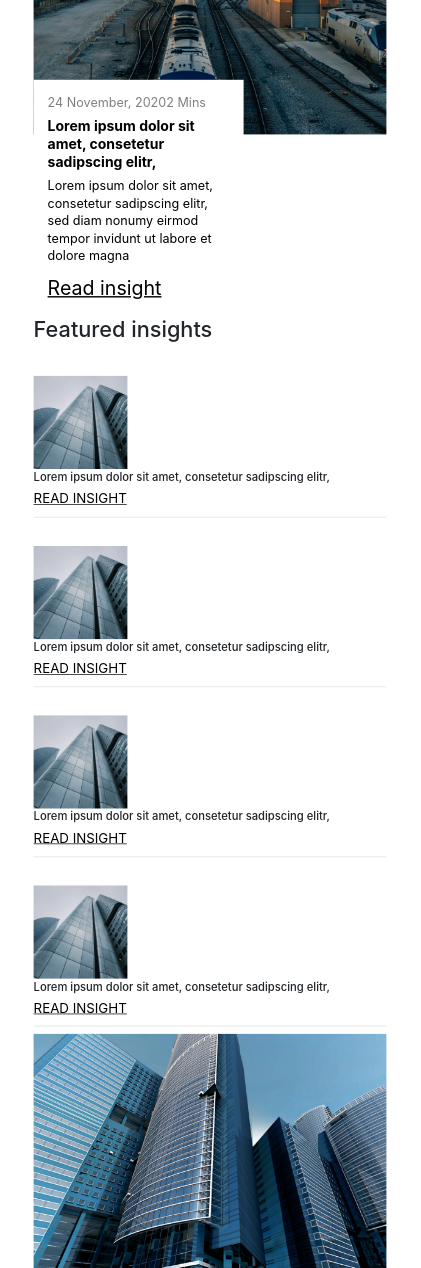
Repository: arif286/Business-webpage
Page: /
The author's editor kept a copy of each file at every save. The page is drawn from the files as they stood at one save, then again after the next save.
The browser window is 600 px wide. The page is 602 px wide, so the pictures cover 602 px, including what lies to the right of the window. The pictures show the part of the page from y = 4260 to 6500 px (the page is 6072 px tall before and 7541 px after), at 70% of full size.
The project was rebuilt for these pictures with package versions that can differ from the ones it lists, and the page was loaded fresh each time. Also part of the build but not shown: src/components/MainHeader/MainHeader.css, src/components/NotFound/NotFound.js.

Above is the page before, as saved 2021-05-27 17:03:51.

### src/App.js
import "bootstrap/dist/css/bootstrap.min.css";
import { BrowserRouter as Router, Route, Switch } from "react-router-dom";
import Home from "./components/Home/Home";
import NotFound from "./components/NotFound/NotFound";
function App() {
  return (
    <Router>
      <Switch>
        <Route path="/">
          <Home />
        </Route>
        <Route exact path="/">
          <Home />
        </Route>
        <Route path="*">
          <NotFound />
        </Route>
      </Switch>
    </Router>
  );
}

export default App;

### src/components/Home/Home.js
import React from 'react';
import Blog from '../Blog/Blog';
import Community from '../Community/Community';
import Featured from '../Featured/Featured';
import MainHeader from '../MainHeader/MainHeader';
import Testimonial from '../Testimonial/Testimonial';
import TopHeader from '../TopHeader/TopHeader';

const Home = () => {
    return (
        <>
            <TopHeader />
            <MainHeader />
            <Community />
            <Testimonial />
            <Blog />
            <Featured/>
        </>
    );
};

export default Home;

### src/components/Blog/Blog.js
import React from "react";
import { Col, Row } from "react-bootstrap";
import blogImage from '../../Images/event-1.png';
import "./Blog.css";

const Blog = () => {
  return (
    <div className="px-5 event-area">
      <h1 className='text-center mt-4 mb-4'>What's new</h1>
      <Row>
        <Col lg={4}>
          <div className="blog-wrap">
            <div className="blog-img">
              <img className="w-100 h-100" src={blogImage} alt="" />
              <a className="ig-btn" href="h">
                AUTOMATION
              </a>
            </div>
            <div className="event-content-wrap new-wrap">
              <div className="event-content-top-fx">
                <div className="single-top">
                  <p>
                    24 November, 2020
                    <span>2 Mins</span>
                  </p>
                </div>
                <div className="new-box-wrap">
                  <h4>
                    Lorem ipsum dolor sit amet, consetetur sadipscing elitr,
                  </h4>
                  <p>
                    Lorem ipsum dolor sit amet, consetetur sadipscing elitr, sed
                    diam nonumy eirmod tempor invidunt ut labore et dolore magna
                  </p>
                  <a href="http">
                    Read insight
                  </a>
                </div>
              </div>
            </div>
          </div>
        </Col>
        <Col lg={4}>
          <div className="blog-wrap">
            <div className="blog-img">
              <img className="w-100 h-100" src={blogImage} alt="" />
              <a href="h" className="ig-btn">
                AUTOMATION
              </a>
            </div>
            <div className="event-content-wrap new-wrap">
              <div className="event-content-top-fx">
                <div className="single-top">
                  <p>
                    24 November, 2020
                    <span>2 Mins</span>
                  </p>
                </div>
                <div className="new-box-wrap">
                  <h4>
                    Lorem ipsum dolor sit amet, consetetur sadipscing elitr,
                  </h4>
                  <p>
                    Lorem ipsum dolor sit amet, consetetur sadipscing elitr, sed
                    diam nonumy eirmod tempor invidunt ut labore et dolore magna
                  </p>
                  <a href="http">Read insight</a>
                </div>
              </div>
            </div>
          </div>
        </Col>
        <Col lg={4}>
          <div className="blog-wrap">
            <div className="blog-img">
              <img className="w-100 h-100" src={blogImage} alt="" />
              <a href="h" className="ig-btn">
                AUTOMATION
              </a>
            </div>
            <div className="event-content-wrap new-wrap">
              <div className="event-content-top-fx">
                <div className="single-top">
                  <p>
                    24 November, 2020
                    <span>2 Mins</span>
                  </p>
                </div>
                <div className="new-box-wrap">
                  <h4>
                    Lorem ipsum dolor sit amet, consetetur sadipscing elitr,
                  </h4>
                  <p>
                    Lorem ipsum dolor sit amet, consetetur sadipscing elitr, sed
                    diam nonumy eirmod tempor invidunt ut labore et dolore magna
                  </p>
                  <a href="http">Read insight</a>
                </div>
              </div>
            </div>
          </div>
        </Col>
      </Row>
    </div>
  );
};

export default Blog;

### src/components/Community/Community.js
import React from 'react';
import { Col, Row } from 'react-bootstrap';
import './Community.css';

const Community = () => {
    return (
      <div className='px-5'>
        <h2 className="engage-title">Engage with our community</h2>
        <Row>
          <Col md={12} lg={4} className="pb-4">
            <div className="engage-text engage-1">
              <p>Connect & Network with our community of thought leaders</p>
            </div>
          </Col>
          <Col md={12} lg={4} className="pb-4">
            <div className="engage-text engage-2">
              <p>Connect & Network with our community of thought leaders</p>
            </div>
          </Col>
          <Col md={12} lg={4} className="pb-4">
            <div className="engage-text engage-2">
              <p>Connect & Network with our community of thought leaders</p>
            </div>
          </Col>
        </Row>
      </div>
    );
};

export default Community;

### src/components/Featured/Featured.js
import React from "react";
import { Col, Row } from "react-bootstrap";
import sideBanner from "../../Images/f1.png";
import featuredImage from "../../Images/f3.png";
import FeaturedColumn from "./FeaturedColumn";

const FeaturedData = [
  {
    image: featuredImage,
    text: "Lorem ipsum dolor sit amet, consetetur sadipscing elitr,",
  },
  {
    image: featuredImage,
    text: "Lorem ipsum dolor sit amet, consetetur sadipscing elitr,",
  },
  {
    image: featuredImage,
    text: "Lorem ipsum dolor sit amet, consetetur sadipscing elitr,",
  },
  {
    image: featuredImage,
    text: "Lorem ipsum dolor sit amet, consetetur sadipscing elitr,",
  },

];
const Featured = () => {
  return (
    <div className="px-5">
      <h1>Featured insights</h1>
      <Row className='align-items-center'>
        <Col sm={12} lg={4}>
          {FeaturedData.map((item) => (
            <FeaturedColumn card={item} />
          ))}
        </Col>
        <Col sm={12} lg={8}>
          <img className='w-100' src={sideBanner} alt="" />
        </Col>
      </Row>
    </div>
  );
};

export default Featured;

### src/components/MainHeader/MainHeader.js
import { faBars } from '@fortawesome/free-solid-svg-icons';
import { FontAwesomeIcon } from "@fortawesome/react-fontawesome";
import React from 'react';
import { Nav, Navbar } from 'react-bootstrap';
import './MainHeader.css';
const MainHeader = () => {
    const Bars = <FontAwesomeIcon icon={faBars} />;
    return (
      <div className="container-fluid">
        <Navbar className="px-5" expand="md">
          <Navbar.Brand href="#home">{Bars}</Navbar.Brand>
          <Navbar.Toggle aria-controls="basic-navbar-nav" />
          <Navbar.Collapse id="basic-navbar-nav">
            <Nav className="mr-auto">
              <Nav.Link href="#home">Home</Nav.Link>
              <Nav.Link href="#link">Insights</Nav.Link>
              {/* <NavDropdown title="Dropdown" id="basic-nav-dropdown">
                <NavDropdown.Item href="#action/3.1">Action</NavDropdown.Item>
                <NavDropdown.Item href="#action/3.2">
                  Another action
                </NavDropdown.Item>
                <NavDropdown.Item href="#action/3.3">
                  Something
                </NavDropdown.Item>
                <NavDropdown.Divider />
                <NavDropdown.Item href="#action/3.4">
                  Separated link
                </NavDropdown.Item>
              </NavDropdown> */}
              <Nav.Link href="#link">Services</Nav.Link>
              <Nav.Link href="#link">Community</Nav.Link>
              <Nav.Link href="#link">Events</Nav.Link>
              <Nav.Link href="#link">About US</Nav.Link>
            </Nav>
          </Navbar.Collapse>
        </Navbar>
      </div>
    );
};

export default MainHeader;

### src/components/Testimonial/Testimonial.js
import React from "react";
import SliderImage from "../../Images/meer-shap.png";
import Image from '../../Images/meet.png';
import './Testimonial.css';

const Testimonial = () => {
  return (
    <div className="px-5">
      <div
        id="carouselExampleIndicators"
        class="carousel slide"
        data-bs-ride="carousel"
      >
        <div class="carousel-indicators">
          <button
            type="button"
            data-bs-target="#carouselExampleIndicators"
            data-bs-slide-to="0"
            class="active"
            aria-current="true"
            aria-label="Slide 1"
          ></button>
          <button
            type="button"
            data-bs-target="#carouselExampleIndicators"
            data-bs-slide-to="1"
            aria-label="Slide 2"
          ></button>
        </div>
        <div className="carousel-inner">
          <div class="carousel-item carousel-bg active">
            <div className="meet-bg">
              <img src={SliderImage} alt="" />
            </div>
            <div className="testi-btn">
              <a href="http">Testimonial</a>
            </div>
            <div className="row">
              <div className='d-lg-flex align-items-center '>
                <div className="meet-img text-center">
                  <img src={Image} alt="" />
                </div>
                <div className="meet-content text-center pb-5">
                  <h4>Meet Edward, CEO of HappyFoods</h4>
                  <p>
                    “Working with the syndicate involves carefully analysing
                    rapidly changing trends & creating the future”
                  </p>
                  <a href="http">CONNECT WITH AN ANALYST</a>
                </div>
              </div>
            </div>
          </div>
          <div class="carousel-item carousel-bg ">
            <div className="meet-bg">
              <img src={SliderImage} alt="" />
            </div>
            <div className="test-btn">
              <a href="http">Testimonial</a>
            </div>
            <div className="row">
              <div>
                <div className="meet-img">
                  <img src={Image} alt="" />
                </div>
                <div className="meet-content">
                  <h4>Meet Edward, CEO of HappyFoods</h4>
                  <p>
                    “Working with the syndicate involves carefully analysing
                    rapidly changing trends & creating the future”
                  </p>
                  <a href="http">CONNECT WITH AN ANALYST</a>
                </div>
              </div>
            </div>
          </div>
        </div>
      </div>
    </div>
  );
};

export default Testimonial;

### src/components/TopHeader/TopHeader.js
import { faFacebook, faInstagram, faLinkedin, faTwitter } from '@fortawesome/free-brands-svg-icons';
import { FontAwesomeIcon } from "@fortawesome/react-fontawesome";
import React from 'react';
import { Col, Row } from 'react-bootstrap';
import './TopHeader.css';

const TopHeader = () => {
    const Facebook = <FontAwesomeIcon icon={faFacebook} />;
    const Twitter = <FontAwesomeIcon icon={faTwitter} />;
    const Instagram = <FontAwesomeIcon icon={faInstagram} />;
    const LinkedIn = <FontAwesomeIcon icon={faLinkedin} />;
    return (
      <div className="header-top">
        <div className="container-fluid">
          <Row>
            <Col lg={12}>
              <div className="d-flex align-items-center justify-content-between">
                <div className="header-top-icon">
                  <a href="#h">{Facebook}</a>
                  <a href="#h">{Instagram}</a>
                  <a href="#h">{Twitter}</a>
                  <a href="#h">{LinkedIn}</a>
                </div>
                <div className='header-top-text'>
                  <p>The Analyst syndicate</p>
                </div>
                <div className="header-top-btn">
                  <a href='#l'>Let's Talk</a>
                </div>
              </div>
            </Col>
          </Row>
        </div>
      </div>
    );
};

export default TopHeader;

### src/components/Blog/Blog.css
.event-area {
  height: 900px;
  padding-bottom: 0;
  background: #fff;
}
.single-top p {
  font-size: 20px;
  color: #000;
  opacity: 0.5;
  line-height: 40px;
  margin-bottom: 10px;
}
.blog-img {
  position: relative;
}
.blog-img img {
  transition: 0.6s;
}
.ig-btn {
  width: 165px;
  height: 43px;
  background: #00a6fb;
  display: flex;
  align-items: center;
  justify-content: center;
  color: #fff;
  font-size: 17px;
  font-weight: 700;
  position: absolute;
  top: 30px;
  left: 20px;
  border: 2px solid transparent;
  transition: 0.3s;
}
.blog-wrap {
  position: relative;
}
.event-content-wrap.new-wrap {
  bottom: -327px;
}
.event-content-wrap {
  background: #fff;
  padding: 30px 40px;
  width: 508px;
  position: absolute;
  bottom: -137px;
}
.new-box-wrap h4 {
  font-size: 32px;
  color: #000000;
  line-height: 40px;
  font-weight: 700;
}
.new-box-wrap p {
  font-size: 20px;
  line-height: 40px;
  color: #000000;
  margin-bottom: 20px;
}
.new-box-wrap a {
  font-size: 28px;
  color: #000;
  text-decoration: underline;
}
@media (min-width: 1440px) and (max-width: 1800px) {
  .event-content-wrap {
    background: #fff;
    padding: 30px 40px;
    width: 424px;
    position: absolute;
    bottom: -137px;
  }
  .new-box-wrap h4 {
    font-size: 23px;
    line-height: 28px;
  }
  .new-box-wrap p {
    font-size: 18px;
    line-height: 32px;
    margin-bottom: 20px;
  }
  .new-box-wrap a {
    font-size: 21px;
  }
  .event-area {
    height: 800px;
  }
}

@media (min-width: 992px) and (max-width: 1200px) {
  .event-content-wrap.new-wrap {
    bottom: -223px;
    position: unset;
    bottom: 0;
    margin-top: -78px;
    position: relative;
  }
  .event-content-wrap {
    padding: 20px 20px;
    width: 268px;
    bottom: -137px;
  }
  .new-box-wrap h4 {
    font-size: 19px;
    line-height: 26px;
  }
  .new-box-wrap p {
    font-size: 18px;
    line-height: 25px;
    margin-bottom: 12px;
  }
  .new-box-wrap a {
    font-size: 20px;
  }
  .event-area {
    height: auto;
  }
}
@media (min-width: 1200px) and (max-width: 1400px) {
  .event-area {
    height: 720px;
  }
}

@media (min-width: 768px) and (max-width: 991px) {
  .event-content-wrap {
    padding: 20px 20px;
    width: 460px;
    bottom: -137px;
    position: relative;
    bottom: 0;
    margin-top: -55px;
  }
  .event-content-wrap.new-wrap {
    bottom: -223px;
    position: unset;
    bottom: 0;
    margin-top: -78px;
    position: relative;
  }
  .new-box-wrap h4 {
    font-size: 20px;
    line-height: 26px;
  }
  .new-box-wrap p {
    font-size: 18px;
    line-height: 25px;
    margin-bottom: 12px;
  }
  .event-area {
    height: auto;
  }
}
@media only screen and (min-width: 320px) and (max-width: 767px) {
  .single-top p {
    font-size: 18px;
    line-height: 25px;
    margin-bottom: 8px;
  }
  .event-content-wrap {
    padding: 20px 20px;
    width: 300px;
    bottom: -137px;
    position: relative;
    bottom: 0;
    margin-top: -55px;
  }
  .event-content-wrap.new-wrap {
    bottom: -223px;
    position: unset;
    bottom: 0;
    margin-top: -78px;
    position: relative;
  }
  .new-box-wrap h4 {
    font-size: 20px;
    line-height: 26px;
  }
  .new-box-wrap p {
    font-size: 18px;
    line-height: 25px;
    margin-bottom: 12px;
  }
  .event-area {
    height: auto;
  }
}

### src/components/Community/Community.css
.engage-1 {
  background-image: url(../../Images/e1.png);
}
.engage-2 {
  background-image: url(../../Images/e2.png);
}
.engage-3 {
  background-image: url(../../Images/e3.png);
}
.engage-text {
  height: 560px;
  background-size: 100% 100%;
  background-position: center center;
  padding-left: 50px;
  padding-bottom: 50px;
  display: flex;
  align-items: flex-end;
}
.engage-text p {
  margin: 0;
  color: #fff;
  font-size: 32px;
  font-weight: 700;
  line-height: 44px;
  max-width: 400px;
}
.engage-title {
  text-align: center;
  font-weight: 900;
  text-transform: uppercase;
  font-size: 35px;
  margin-top: 50px;
  margin-bottom: 50px;
}
@media (min-width: 768px) and (max-width: 991px) {
  .engage-text p {
    margin: 0;
    font-size: 20px;
    line-height: 25px;
  }
  .engage-title {
    text-align: center;
    font-weight: 900;
    text-transform: uppercase;
    font-size: 25px;
  }
}

### src/components/Featured/FeaturedColumn.js
import React from 'react';
import './Featured.css';

const FeaturedColumn = ({ card }) => {
    console.log(card);
  return (
    <>
      <div className="single-featured-box">
        <img src={card.image} alt="" />
        <div className="featured-content">
          <h5>{card.text}</h5>
          <a href="http">READ INSIGHT</a>
        </div>
      </div>
    </>
  );
};

export default FeaturedColumn;

### src/components/Testimonial/Testimonial.css
.carousel-bg {
  background-color: #111111;
}
.testi-btn a {
  width: 308px;
  height: 61px;
  color: #000;
  font-size: 28px;
  display: flex;
  align-items: center;
  justify-content: center;
  background: #91c499;
  position: absolute;
  top: 0;
  right: 0;
  border: 2px solid transparent;
  transition: 0.3s;
}
.meet-img img {
  width: 275px;
  height: 275px;
  margin-right: 35px;
  margin-left: 50px;
}
.meet-content {
  max-width: 970px;
}
.meet-content h4 {
  font-size: 39px;
  color: #fff;
  line-height: 56px;
  margin-bottom: 20px;
}
.meet-content p {
  font-size: 30px;
  color: #fff;
  line-height: 50px;
}
.meet-content a {
  color: #fff;
  font-size: 28px;
  text-decoration: underline;
  font-weight: 600;
}
@media (min-width: 992px) and (max-width: 1200px) {
  .meet-content h4 {
    font-size: 28px;
    line-height: 33px;
    margin-bottom: 6px;
  }
  .meet-content p {
    font-size: 22px;
    line-height: 29px;
    margin-bottom: 10px;
  }
  .meet-content a {
    font-size: 22px;
  }
}
@media only screen and (min-width: 320px) and (max-width: 767px) {
  .meet-content a {
    font-size: 16px;
  }
  .meet-content h4 {
    font-size: 21px;
    line-height: 26px;
    margin-bottom: 6px;
  }
  .meet-content p {
    font-size: 20px;
    line-height: 29px;
    margin-bottom: 17px;
  }
}

### src/components/TopHeader/TopHeader.css
a {
  text-decoration: none;
}
.header-top {
  padding-left: 77px;
  border-bottom: 2px solid #eeeeee;
}
.header-top-icon a {
  width: 30px;
  height: 30px;
  background: #211f20;
  display: inline-block;
  border-radius: 34px;
  text-align: center;
  color: #fff;
  font-size: 14px;
  line-height: 29px;
  margin-right: 7px;
}
.header-top-text p {
  margin: 0;
  font-size: 28px;
  color: #000000;
  font-weight: 700;
  line-height: 32px;
  text-transform: uppercase;
}
.header-top-btn a {
  width: 314px;
  height: 98px;
  background: #111111;
  border: 2px solid transparent;
  transition: 0.3s;
  display: flex;
  align-items: center;
  justify-content: space-between;
  padding-left: 74px;
  padding-right: 80px;
  font-size: 21px;
  color: #fff;
}

### src/components/Featured/Featured.css
.single-featured-box {
  display: flex;
  align-items: center;
  padding-bottom: 33px;
  margin-bottom: 33px;
  border-bottom: 2px solid #efefef;
}
.single-featured-box img {
  margin-right: 30px;
}
.featured-content h5 {
  font-size: 20px;
  line-height: 25px;
  margin-bottom: 10px;
}
.featured-content a {
  font-size: 19px;
  color: #000000;
  text-decoration: underline;
}
@media (min-width: 1200px) and (max-width: 1439px) {
  .single-featured-box {
    padding-bottom: 20px;
    margin-bottom: 20px;
  }
  .featured-content h5 {
    font-size: 20px;
    line-height: 25px;
    margin-bottom: 10px;
  }
  .featured-content a {
    font-size: 16px;
  }
}
@media (min-width: 992px) and (max-width: 1200px) {
  .single-featured-box {
    margin-top: 40px;
    display: block;
    padding-bottom: 10px;
    margin-bottom: 10px;
  }
  .featured-content h5 {
    font-size: 16px;
    line-height: 22px;
    margin-bottom: 7px;
  }
}
@media (min-width: 768px) and (max-width: 991px) {
  .single-featured-box {
    margin-top: 40px;
    display: block;
    padding-bottom: 10px;
    margin-bottom: 10px;
  }
  .featured-content h5 {
    font-size: 16px;
    line-height: 22px;
    margin-bottom: 7px;
  }
}
@media only screen and (min-width: 320px) and (max-width: 767px) {
  .single-featured-box {
    padding-bottom: 10px;
    margin-bottom: 10px;
    margin-top: 40px;
    display: block;
  }
  .featured-content h5 {
    font-size: 16px;
    line-height: 22px;
    margin-bottom: 7px;
  }
}

Loaded but not shown: public/index.html (common file); src/index.js (common file); src/index.css (common file)

After the next save:
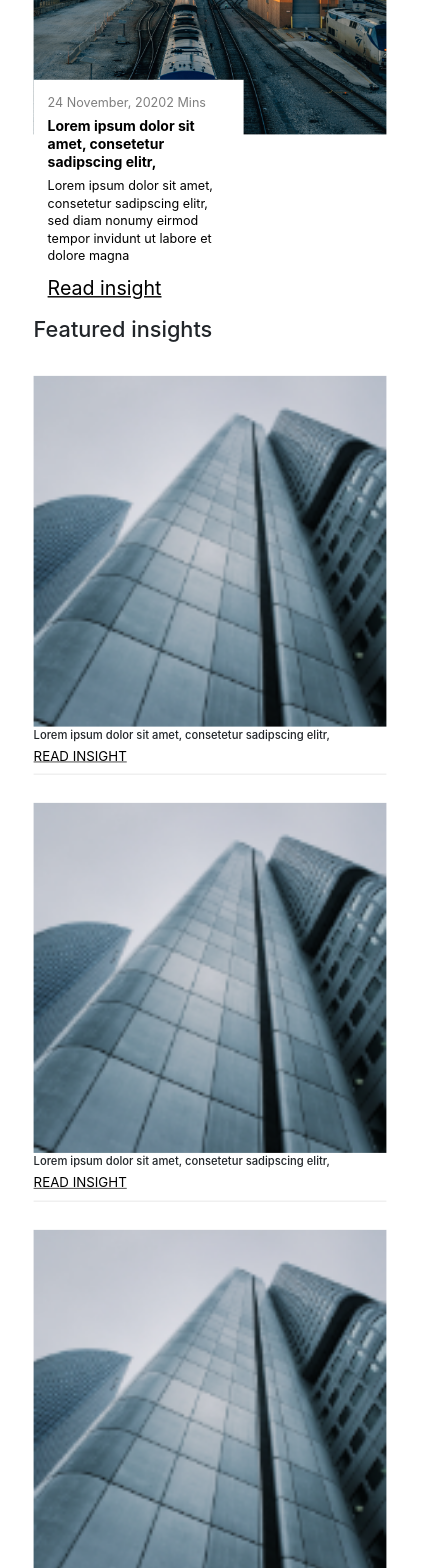
Saved 57 s later.
--- a/src/components/Featured/Featured.css
+++ b/src/components/Featured/Featured.css
@@ -70,4 +70,8 @@
     line-height: 22px;
     margin-bottom: 7px;
   }
+  .single-featured-box img {
+    width: 100%;
+    margin-right: 0px;
+  }
 }
